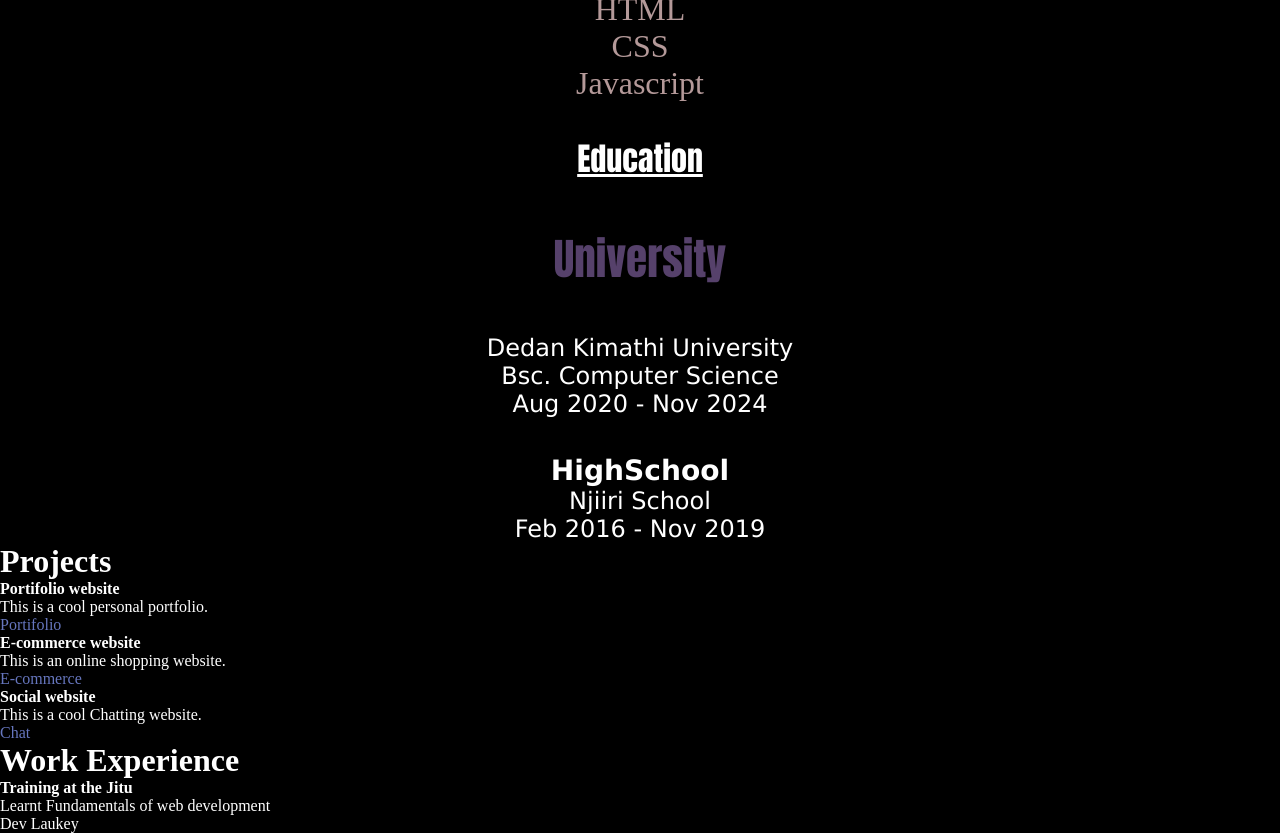
Repository: LaukeyMwaura/Jitu-Day-2
Page: index.html
An editor plug-in stored every save of this project. The page is shown before and after the next save, followed by the edit.
The browser window is 1280 px wide. The pictures show the part of the page from y = 742 to 1694 px (the page is 1575 px tall before and 1694 px after).
A picture or video elsewhere on the page could not be fetched, so the positions and the page height are approximate.

Above is the page before, as saved 2022-05-12 00:36:54.

### index.html
<!DOCTYPE html>
<html lang="en">
  <head>
    <meta charset="UTF-8" />
    <meta http-equiv="X-UA-Compatible" content="IE=edge" />
    <meta name="viewport" content="width=device-width, initial-scale=1.0" />
    <title>First Site</title>
    <link rel="stylesheet" href="./style.css">
  </head>
  <body>
    <nav class="nav">
      <ul class="list" style="list-style-type: circle">
        <li><a href="#about">About </a></li>
        <li><a href="#skills">Skills </a></li>
        <li><a href="#education">Education </a></li>
        <li><a href="#projects">Projects </a></li>
        <li><a href="#work">Work </a></li>
      </ul>
    </nav>
    <div id="about">
      <h1 class="heading" id="about-me">About Me</h1>
      <div class="about">
        <p class="text">Music Lover

        </p>
        <br>
         <p class="text"> Programming Enthusiast.</p>
          <p class="text">Let's connect:</p>
      <ul class="links">
     <li><a class="link" target="_blank" href="https://devlaukey.netlify.com/">Website</a></li>

        <li> <a target="_blank" href="https://www.linkedin.com/in/devlaukey/"
        >LinkedIn</a
      ></li>
        <li>
      <a target="_blank" href="https://github.com/DevLaukey">Github</a></li>
      </ul>

      <img
        height="450"
        weight="450"
        src="https://devlaukey.netlify.app/uploads/me.jpeg"
        alt=""
      />

      </div>


    </div>
    <div id="skills" >
      <h1 class="heading">Skills</h1>
      <ul class="skills">
        <li id="html">HTML</li>
        <li>CSS</li>
        <li>Javascript</li>
      </ul>
    </div>

    <div class="education" id="education">
      <h1 class="heading">Education</h1>
      <div class="text">
        <h1 class="subheading">University</h1>
        <p class="">Dedan Kimathi University</p>
        <p>Bsc. Computer Science</p>
        <p>Aug 2020 - Nov 2024</p>
      </div>
      <br>
      <br>
      <div class="text">
        <h3 >HighSchool</h3>
        <p>Njiiri School</p>
        <p>Feb 2016 - Nov 2019</p>
      </div>
    </div>
    <div class="project" id="projects">
      <h1>Projects</h1>
      <div class="project" >
        <h4>Portifolio website</h4>
        <p>This is a cool personal portfolio.</p>
        <a href="https://devlaukey.netlify.app/">Portifolio</a>
      </div>
      <div class="project">
        <h4>E-commerce website</h4>
        <p>This is an online shopping website.</p>
        <a href="https://victor-100.web.app/">E-commerce</a>
      </div>
      <div class="project">
        <h4>Social website</h4>
        <p>This is a cool Chatting website.</p>
        <a href="https://messenger-clone-70550.web.app/">Chat</a>
      </div>
    </div>
    <div id="work" class="work">
      <h1>Work Experience</h1>
      <div>
        <h4>Training at the Jitu</h4>
        <p>Learnt Fundamentals of web development</p>
      </div>
    </div>

    <footer>
      <p>Dev Laukey</p>
    </footer>
  </body>
</html>

### style.css
* {
  margin: 0;
  padding: 0;
  box-sizing: border-box;
}
body {
  background-color: black;
  color: white;
}
.about {
  font-family: Impact, Haettenschweiler, "Arial Narrow Bold", sans-serifs;
}
.heading {
  text-decoration: underline;
  text-align: center;
  font-size: 2em;
  font-family: Impact, Haettenschweiler, "Arial Narrow Bold", sans-serifs;
  margin: 1em;
}
.subheading {
  text-align: center;
  color: rgb(86, 65, 107);
  font-size: 1.8em;
  font-family: Impact, Haettenschweiler, "Arial Narrow Bold", sans-serifs;
  margin: 1em;
}
.list {
  display: flex;
  text-align: center;
  justify-content: center;
  overflow: hidden;
}

.list > li {
  margin: 10px 5px;
  font-size: 1.5rem;
  padding: 10px 10px 0 10px;
  font-family: "Courier New", Courier, monospace;
}
li {
  list-style: none;
}
.links {
  padding: 10px;
}
a {
  text-decoration: none;
  color: rgb(102, 118, 190);
}

.text {
    text-align: center;
  font-size: 1.5em;
  font-family: "Lucida Sans", "Lucida Sans Regular", "Lucida Grande",
    "Lucida Sans Unicode", Geneva, Verdana, sans-serif;
}

.about {
  display: flex;

  justify-content: space-evenly;
}

.skills {
  color: rgb(180, 153, 153);
  text-align: center;
  font-size: 2rem;
}

After the next save:
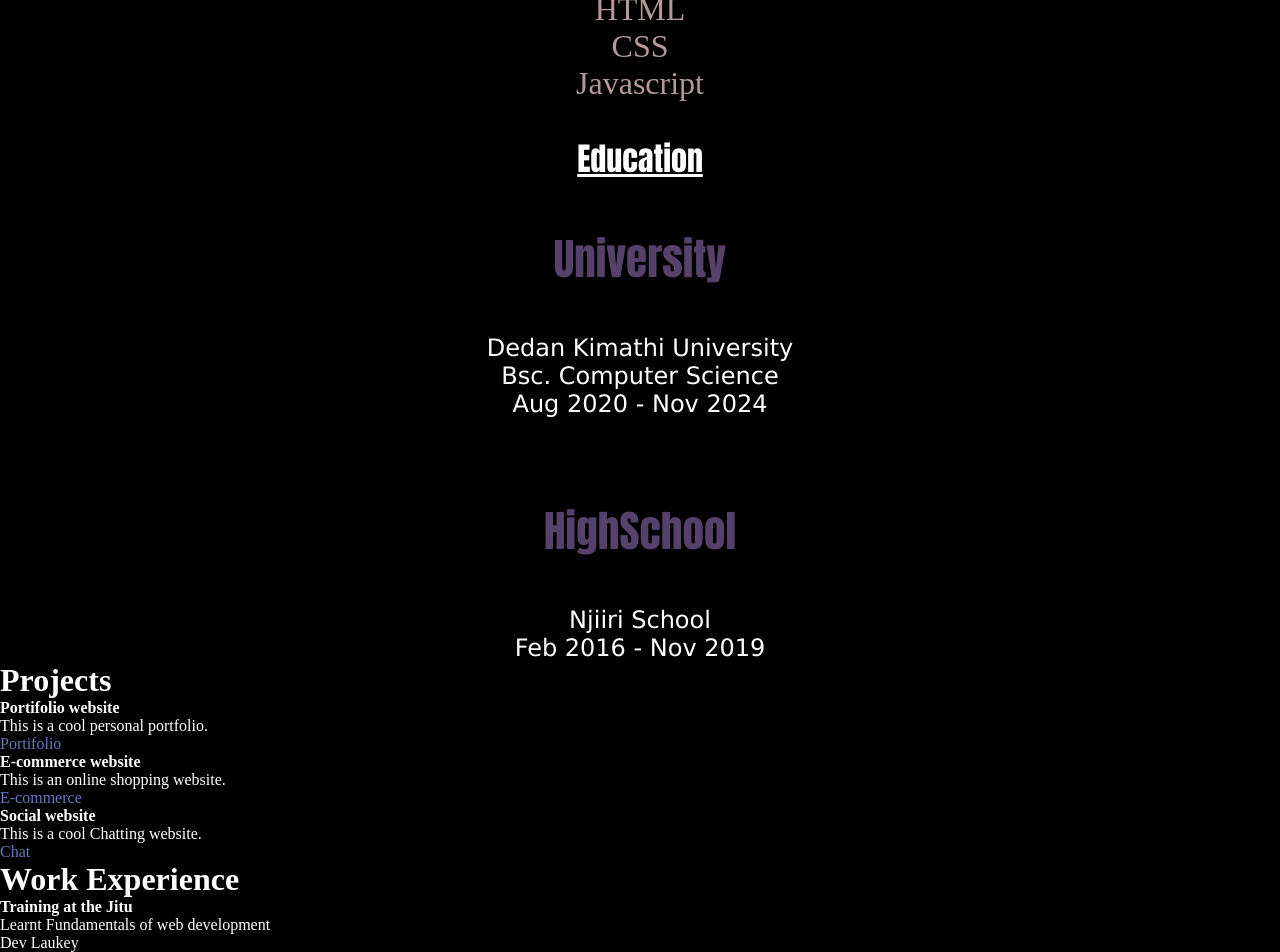
Saved 20 s later.
--- a/index.html
+++ b/index.html
@@ -67,7 +67,7 @@
       <br>
       <br>
       <div class="text">
-        <h3 >HighSchool</h3>
+        <h1 class="subheading">HighSchool</h1>
         <p>Njiiri School</p>
         <p>Feb 2016 - Nov 2019</p>
       </div>
